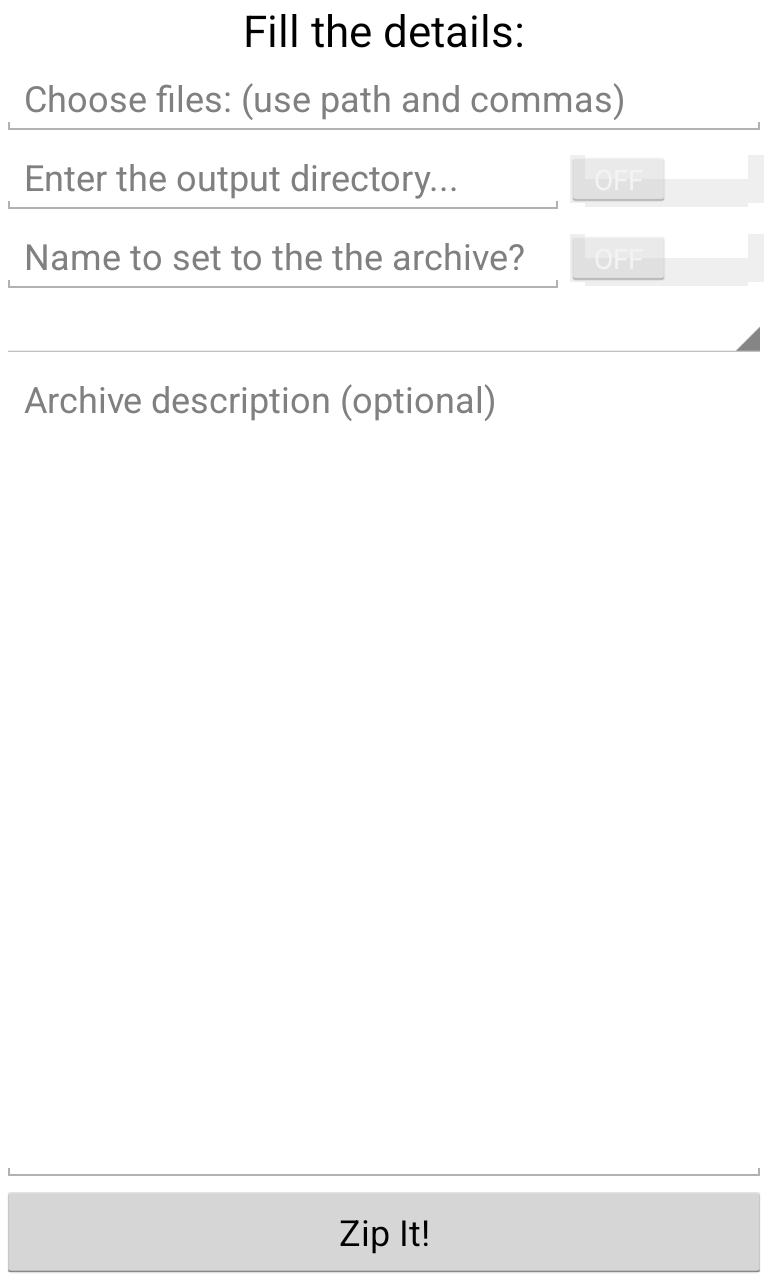
Repository: ya-ivanov/Android-Projects
Layout: Android Projects (OLD)/Zip It!/ZipIt/res/layout/activity_main.xml
The author's editor kept a copy of each file at every save. The layout is drawn from the files as they stood at one save, then again after the next save.
It is drawn on a 768 x 1280 px phone screen (xhdpi) without system bars, with theme AppTheme; the app's code is not run.

Above is the layout before, as saved 2013-12-12 17:53:18.

After the next save:
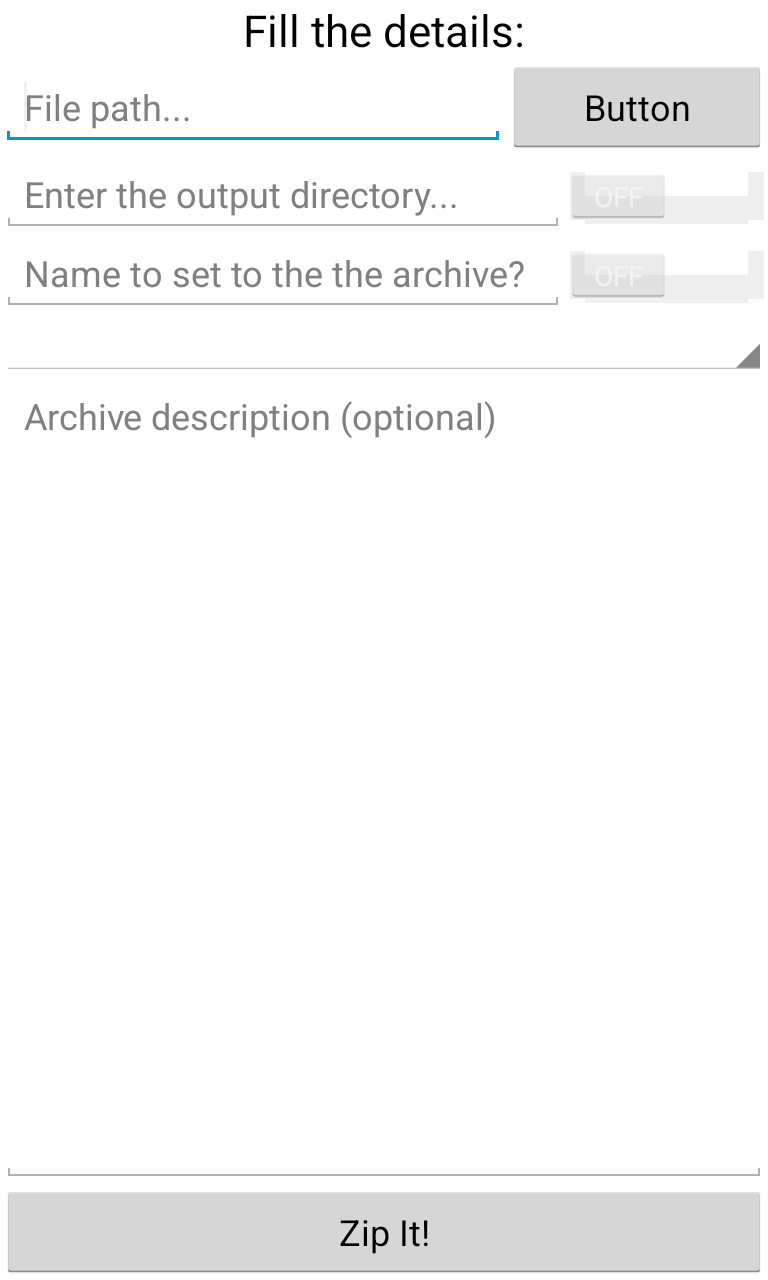
Saved 92 s later.
--- a/Android Projects (OLD)/Zip It!/ZipIt/res/layout/activity_main.xml
+++ b/Android Projects (OLD)/Zip It!/ZipIt/res/layout/activity_main.xml
@@ -11,14 +11,28 @@
         android:text="Fill the details:"
         android:textAppearance="?android:attr/textAppearanceLarge" />
 
-    <EditText
-        android:id="@+id/files"
+    <LinearLayout
         android:layout_width="match_parent"
-        android:layout_height="wrap_content"
-        android:ems="10"
-        android:hint="Choose files: (use path and commas)"
-        android:singleLine="true">
-    </EditText>
+        android:layout_height="wrap_content" >
+
+        <EditText
+            android:id="@+id/files"
+            android:layout_width="253dp"
+            android:layout_height="wrap_content"
+            android:ems="10"
+            android:hint="File path..."
+            android:singleLine="true" >
+
+            <requestFocus />
+        </EditText>
+
+        <Button
+            android:id="@+id/button2"
+            android:layout_width="match_parent"
+            android:layout_height="wrap_content"
+            android:text="Button" />
+
+    </LinearLayout>
 
     <LinearLayout
         android:layout_width="match_parent"
